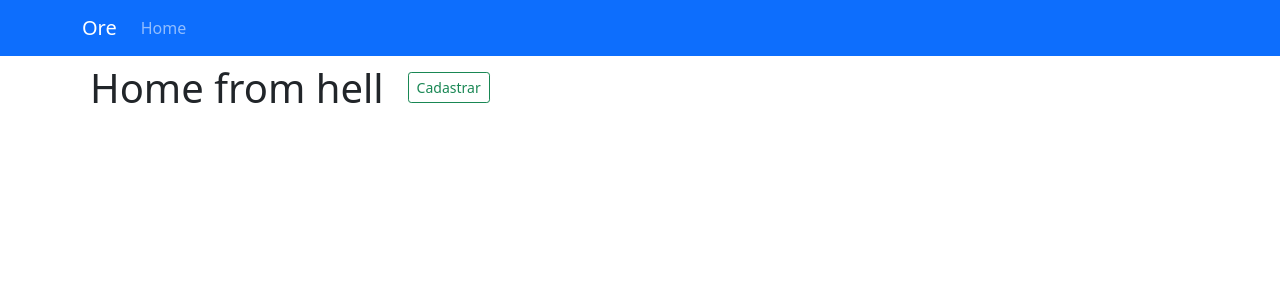
Repository: thf4/React-Front
Page: /
These files come from the project's save history. The page is drawn as it stood at one moment and after the next save; the edit follows.
The browser window is 1280 px wide. The pictures show the whole page.
The project was rebuilt for these pictures with package versions that can differ from the ones it lists, and the page was loaded fresh each time. Also part of the build but not shown: src/pages/Vizualizar/index.js, src/pages/Cadastrar/index.js, src/pages/Editar/index.js.

Above is the page before, as saved 2021-05-07 09:19:58.

After the next save:
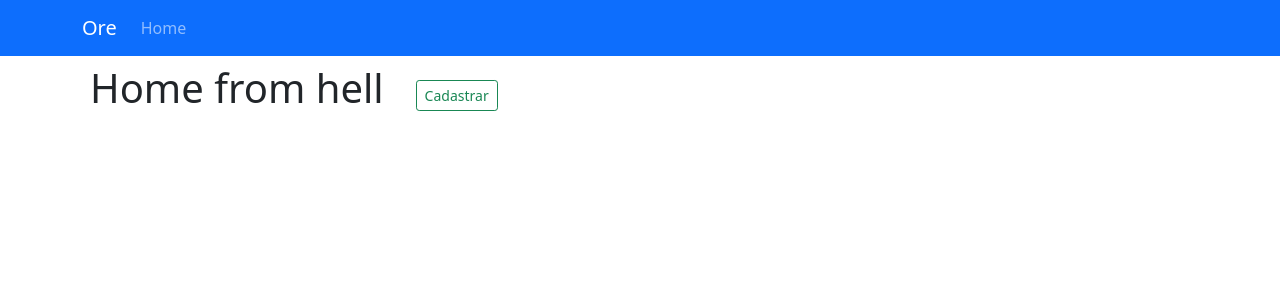
Saved 4 s later.
--- a/src/pages/Home/index.js
+++ b/src/pages/Home/index.js
@@ -8,7 +8,7 @@
           <div className="mr-auto p-2">
             <h1> Home from hell </h1>
           </div>
-          <div className="p-3">
+          <div className="p-4">
             <a href="/cadastrar" className="btn btn-outline-success btn-sm">Cadastrar</a>
           </div>
         </div>

After the save that followed:
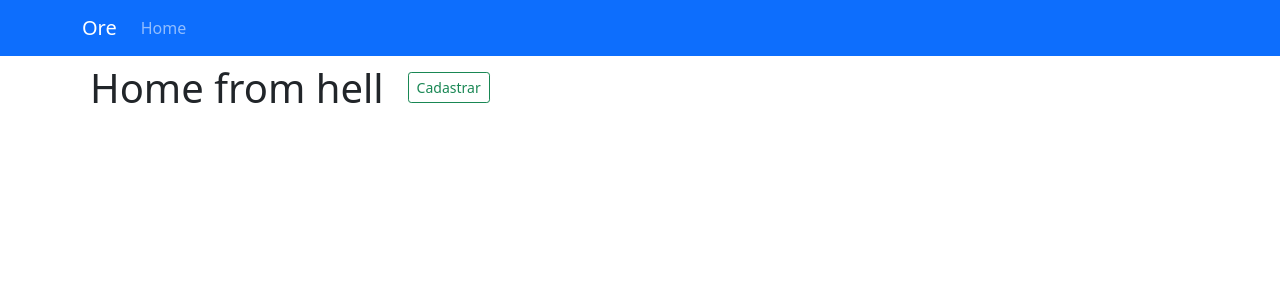
Saved 4 s later.
--- a/src/pages/Home/index.js
+++ b/src/pages/Home/index.js
@@ -8,7 +8,7 @@
           <div className="mr-auto p-2">
             <h1> Home from hell </h1>
           </div>
-          <div className="p-4">
+          <div className="p-3">
             <a href="/cadastrar" className="btn btn-outline-success btn-sm">Cadastrar</a>
           </div>
         </div>
